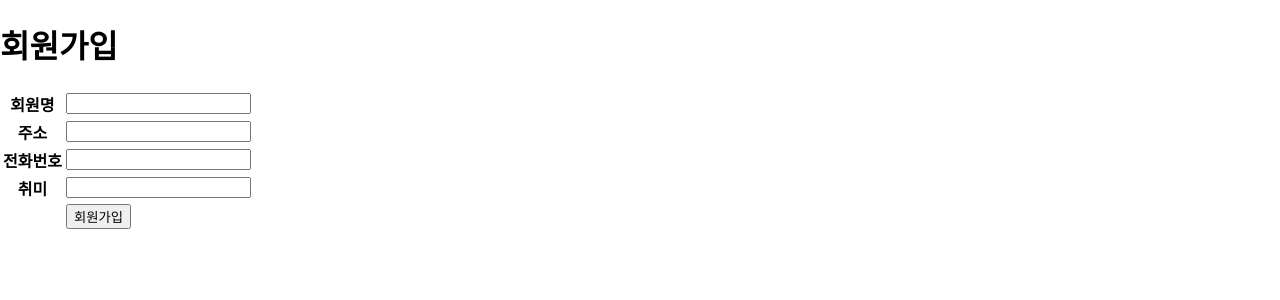
Repository: hyeri-seo/JSP
Page: Hello/src/main/webapp/memReg.html
An editor plug-in stored every save of this project. The page is shown before and after the next save, followed by the edit.
The browser window is 1280 px wide. The pictures show the whole page.

Above is the page before, as saved 2023-09-19 05:24:57.

### Hello/src/main/webapp/memReg.html
<!DOCTYPE html>
<html>
<head>
<meta charset="UTF-8">
<title>Insert title here</title>
<style type="text/css">
	body {margin:auto;}
	div {
	width: 280px;
	background-color: red;
	margin: auto;
	padding: auto;
	}
</style>
</head>
<body>
<h1>회원가입</h1>
<form>
<table>
	<tr><th>회원명</th><td><input type="text" name="name"/></td></tr>
	<tr><th>주소</th><td><input type="text" name="address"/></td></tr>
	<tr><th>전화번호</th><td><input type="text" name="tel"/></td></tr>
	<tr><th>취미</th><td><input type="text" name="hobby"/></td></tr>
	<tr><td></td><td><input type="submit" value="회원가입"/></td></tr>
</table>
</form>
</body>
</html>

After the next save:
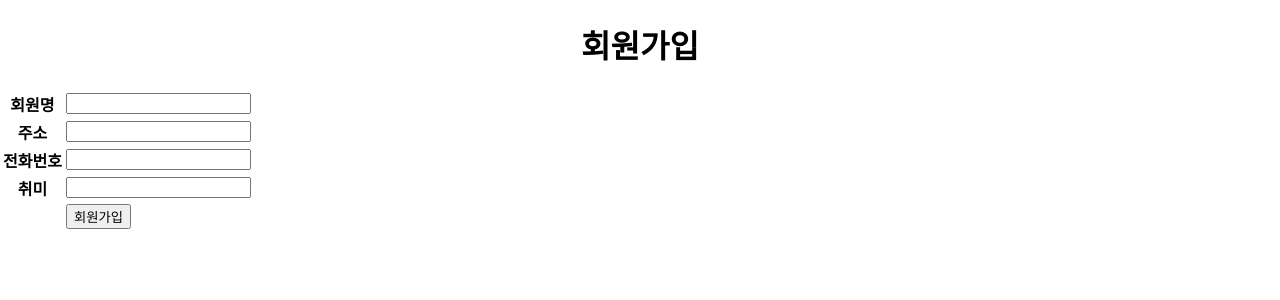
Saved 30 s later.
--- a/Hello/src/main/webapp/memReg.html
+++ b/Hello/src/main/webapp/memReg.html
@@ -7,10 +7,9 @@
 	body {margin:auto;}
 	div {
 	width: 280px;
-	background-color: red;
 	margin: auto;
-	padding: auto;
 	}
+	h1 {text-align : center;}
 </style>
 </head>
 <body>
